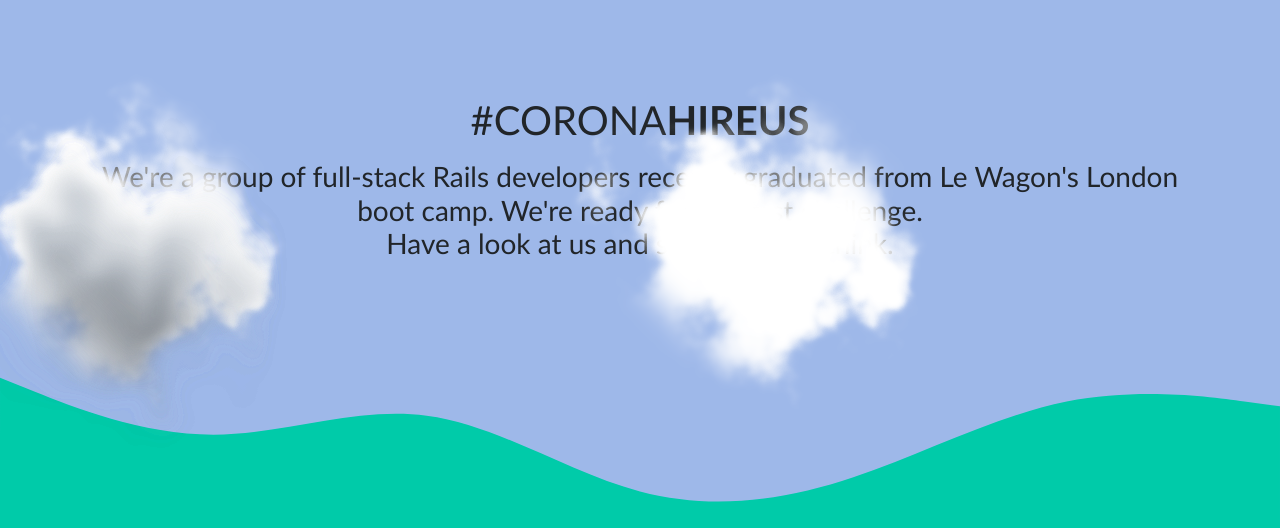
Repository: rahulkeerthi/coronahireus
Page: index.html
These files come from the project's save history. The page is drawn as it stood at one moment and after a run of saves; the edit follows.
The browser window is 1280 px wide. The pictures show the part of the page from y = 0 to 528 px (the page is 1328 px tall).
A picture or video elsewhere on the page could not be fetched, so the positions and the page height are approximate. Some web libraries are served in a nearby version.

Above is the page before, as saved 2020-03-28 01:52:57.

### index.html
<!DOCTYPE html>
<html lang="en">
<head>
    <meta charset="UTF-8">
    <meta name="viewport" content="width=device-width, initial-scale=1.0">
    <meta http-equiv="X-UA-Compatible" content="IE=edge">
    <title>Corona-Hire-Us</title>
    <link rel="stylesheet" href="style.css">
    <script src="main.js" defer></script>
    <link rel="shortcut icon" href="data:[embedded picture, 18 characters]" type="image/x-icon">
    <link rel="stylesheet" href="https://use.fontawesome.com/releases/v5.0.10/css/all.css">
    <link rel="stylesheet" href="https://stackpath.bootstrapcdn.com/bootstrap/4.3.1/css/bootstrap.min.css">
  </head>
<body>
    <div>
        <div class="wrapper">
            <div class="body-cloud" id="cloud1">
                <div class="cloud cloud-back" style="left: -25vw"></div>
                <div class="cloud cloud-mid" style="left: -25vw"></div>
                <div class="cloud cloud-front" style="left: -25vw"></div>
                <!--   77, 327,109, 841, 2319, 5032, 1094, 892, 6739, 512, 84 -->
                <svg width="0" height="0">
                <!--Top Layer-->
                    <filter id="filter-back">
                    <feTurbulence type="fractalNoise" baseFrequency="0.012" numOctaves="4" seed="0" />
                    <feDisplacementMap  in="SourceGraphic" scale="170" />
                    </filter>
                    <filter id="filter-mid">
                        <feTurbulence type="fractalNoise"  baseFrequency="0.012" numOctaves="2" seed="0"/>
                    <feDisplacementMap  in="SourceGraphic" scale="150" />
                    </filter>
                    <filter id="filter-front">
                        <feTurbulence type="fractalNoise" baseFrequency="0.012" numOctaves="2" seed="0"/>
                    <feDisplacementMap  in="SourceGraphic" scale="100" />
                    </filter>
                </svg>
            </div>
            <div class="body-cloud" id="cloud2">
                <div class="cloud cloud-back" style="left: 25vw"></div>
                <div class="cloud cloud-mid"></div>
                <div class="cloud cloud-front"></div>
                <!--   77, 327,109, 841, 2319, 5032, 1094, 892, 6739, 512, 84 -->
                <svg width="0" height="0">
                <!--Top Layer-->
                    <filter id="filter-back">
                    <feTurbulence type="fractalNoise" baseFrequency="0.012" numOctaves="4" seed="0" />
                    <feDisplacementMap  in="SourceGraphic" scale="170" />
                    </filter>
                    <filter id="filter-mid">
                        <feTurbulence type="fractalNoise"  baseFrequency="0.012" numOctaves="2" seed="0"/>
                    <feDisplacementMap  in="SourceGraphic" scale="150" />
                    </filter>
                    <filter id="filter-front">
                        <feTurbulence type="fractalNoise" baseFrequency="0.012" numOctaves="2" seed="0"/>
                    <feDisplacementMap  in="SourceGraphic" scale="100" />
                    </filter>
                </svg>
            </div>
            <div class="sky text-center">
                <h1 class="pt-5">#CORONA<strong>HIREUS</strong></h1>
                <h3 class="container py-2">We're a group of full-stack Rails developers recently graduated from Le Wagon's London boot camp. We're ready for our first challenge. <br>Have a look at us and see what you think.</h3>
            </div>
            <div class="hills">
                <svg xmlns="http://www.w3.org/2000/svg" viewBox="0 0 1440 320"><path fill="#00cba9" fill-opacity="1" d="M0,128L40,144C80,160,160,192,240,192C320,192,400,160,480,170.7C560,181,640,235,720,256C800,277,880,267,960,240C1040,213,1120,171,1200,154.7C1280,139,1360,149,1400,154.7L1440,160L1440,320L1400,320C1360,320,1280,320,1200,320C1120,320,1040,320,960,320C880,320,800,320,720,320C640,320,560,320,480,320C400,320,320,320,240,320C160,320,80,320,40,320L0,320Z"></path></svg>
            </div>
            <div class="field">
                <div class="container pt-5" id="card-container">
                    <div class="card-profile invisible">
                        <img src="https://kitt.lewagon.com/placeholder/users/rahulkeerthi" />
                        <div class="card-profile-infos">
                          <h2>Rahul Keerthi</h2>
                          <p>Interest in <strong>full-stack, front-end and back-end</strong>. TMT strategy consultant background.</p>
                          <p>Currently learning React.</p>
                        </div>
                        <div class="card-links">
                            <a href="https://twitter.com/diegegenpress" target="_blank"><i class="fab fa-twitter"></i></a>
                            <a href="https://github.com/rahulkeerthi/" target="_blank"><i class="fab fa-github"></i></a>
                            <a href="https://www.linkedin.com/in/rahulkeerthi" target="_blank"><i class="fab fa-linkedin"></i></a>
                        </div>
                    </div>
                    <div class="card-profile invisible">
                        <img src="https://kitt.lewagon.com/placeholder/users/domferris" />
                        <div class="card-profile-infos">
                          <h2>Dom Ferris</h2>
                          <p>Interest in <strong>full-stack and front-end</strong>. Visual arts background.</p>
                          <p>Currently working an MVP.</p>
                        </div>
                        <div class="card-links">
                            <a href="https://twitter.com/CoronaHire" target="_blank"><i class="fab fa-twitter"></i></a>
                            <a href="https://github.com/rahulkeerthi/coronahireus" target="_blank"><i class="fab fa-github"></i></a>
                            <a href="#" target="_blank"><i class="fab fa-linkedin"></i></a>
                        </div>
                    </div>
                    <div class="card-profile invisible">
                        <img src="https://kitt.lewagon.com/placeholder/users/magdacembor" />
                        <div class="card-profile-infos">
                          <h2>Magda Cembor</h2>
                          <p>Interest in <strong>full-stack, front-end and back-end</strong>. Visual arts background.</p>
                          <p>Currently learning node.js and React.</p>
                        </div>
                        <div class="card-links">
                            <a href="https://twitter.com/CoronaHire" target="_blank"><i class="fab fa-twitter"></i></a>
                            <a href="https://github.com/rahulkeerthi/coronahireus" target="_blank"><i class="fab fa-github"></i></a>
                            <a href="#" target="_blank"><i class="fab fa-linkedin"></i></a>
                        </div>
                    </div>
                    <div class="card-profile invisible">
                        <img src="https://kitt.lewagon.com/placeholder/users/katsuu" />
                        <div class="card-profile-infos">
                          <h2>Katrina Au</h2>
                          <p>Interest in <strong>full-stack and front-end</strong>. Product owner background.</p>
                          <p>Currently working on an MVP.</p>
                        </div>
                        <div class="card-links">
                            <a href="https://twitter.com/CoronaHire" target="_blank"><i class="fab fa-twitter"></i></a>
                            <a href="https://github.com/rahulkeerthi/coronahireus" target="_blank"><i class="fab fa-github"></i></a>
                            <a href="#" target="_blank"><i class="fab fa-linkedin"></i></a>
                        </div>
                    </div>
                </div>
            </div>
        </div>
    </div>
    <div class="footer">
        <div class="footer-links">
            <a href="https://twitter.com/CoronaHire"><i class="fab fa-twitter"></i></a>
            <a href="https://github.com/rahulkeerthi/coronahireus"><i class="fab fa-github"></i></a>
            <a href="#"><i class="fab fa-linkedin"></i></a>
        </div>
        <div class="footer-copyright">
          Made with <i class="fas fa-heart"></i> by Rahul Keerthi (Le Wagon #361)
        </div>
      </div>
</body>
</html>

### style.css
body p {
    font-family: 'Lucida Sans', 'Lucida Sans Regular', 'Lucida Grande', 'Lucida Sans Unicode', Geneva, Verdana, sans-serif;
}

body h1 {
    font-family: 'Gill Sans', 'Gill Sans MT', Calibri, 'Trebuchet MS', sans-serif;
}

body h3 {
    font-family: 'Gill Sans', 'Gill Sans MT', Calibri, 'Trebuchet MS', sans-serif;
}

/* PAGE STRUCTURE */

.wrapper {
    /* position: relative; */
}

.sky {
    background-color: #9eb8e9;
    height: 30vh;
}

.sky h1 {
    z-index: 100;
}

.sky h3 {
    z-index: 100;
}

.hills {
    background-color: #9eb8e9;
}

.field {
    background-color: #00cba9;
    min-height: 100vh;
}

/* PROFILE CARDS */

#card-container {
    display: grid;
    grid-template-columns: 1fr 1fr;
    column-gap: 1rem;
    row-gap: 1rem;
}

.card-profile {
    overflow: hidden;
    height: 160px;
    background: white;
    box-shadow: 2px 2px 15px rgba(0,0,0,0.4);
    display: flex;
    justify-content: space-between;
    align-items: center;
    transition: all 1s ease;
  }

  .card-profile img {
    height: 100%;
    width: 120px;
    object-fit: cover;
  }

  .card-profile h2 {
    font-size: 16px;
    font-weight: bold;
    margin: 0;
  }

  .card-profile p {
    font-size: 12px;
    line-height: 1.4;
    opacity: .7;
    margin-bottom: 0;
    margin-top: 8px;
  }

  .card-profile .card-profile-infos {
    padding: 0 1rem;
  }

  .card-links {
    width: 20%;
    align-items: center;
    padding: 0 1rem;
  }
  .card-links a {
    color: black;
    opacity: 0.15;
    text-decoration: none;
    font-size: 1.5rem;
    padding: 0 0.5rem;
  }
  .card-links a:hover {
    color: #016151;
    opacity: 1;
  }

  .invisible {
      opacity: 0;
  }

/* FOOTER, BASED ON LE WAGON UI KIT */

.footer {
    background: #F4F4F4;
    display: flex;
    align-items: center;
    justify-content: space-between;
    height: 60px;
    padding: 0px 50px;
    color: rgba(0,0,0,0.3);
  }
  .footer-links {
    display: flex;
    align-items: center;
  }
  .footer-links a {
    color: black;
    opacity: 0.15;
    text-decoration: none;
    font-size: 24px;
    padding: 0px 10px;
  }
  .footer-links a:hover {
    color: #016151;
    opacity: 1;
  }

  .footer .fa-heart {
    color: #D23333;
  }

  /* CLOUD */

.body-cloud {
  /* width: 100vw;
  height: 100vh;
  background: linear-gradient(165deg, #527785 0%, #527785 100%); */
/*   background: linear-gradient(165deg, #527785 0%, #527785 100%); */
  /* padding: 1%; */
  background-color: #9eb8e9;
  overflow: hidden;
}

.cloud {
  width: 300px;
  height: 250px;
  border-radius: 50%;
  position: absolute;
  top: -25vh;
  left: -25vw;
}

.cloud-back {
  filter: url(#filter-back);
  box-shadow: 300px 300px 30px -20px #fff;
}

.cloud-mid {
  filter: url(#filter-mid);
  box-shadow: 300px 340px 70px -60px rgba(158, 168, 179, 0.5);
    left: -25vw;
}

.cloud-front {
  filter: url(#filter-front);
  box-shadow: 300px 370px 60px -100px rgba(0, 0, 0, 0.3);
    left: -25vw;
}

### main.js
const removeInvisible = () => {
    const y = window.scrollY;
    const cards = document.querySelectorAll('.card-profile')
    // console.log(window.scrollY);
    if (y >= 150) {
        cards.forEach((card) => {
            card.classList.remove('invisible');
        })
    };
};

window.addEventListener('scroll', removeInvisible);

const moveCloud = () => {
    const clouds = document.querySelectorAll('.cloud')
    let leftPosition = 0;
    leftPosition = leftPosition + 1;
    clouds.forEach((cloud) => {
        console.log(cloud);
        // cloud.css("left", leftPosition + "vw");
    })
}

setInterval(moveCloud, 2000);


// $(document).ready(function(){
//     var bgPosition = 0;
//     function drift(){
//       bgPosition = bgPosition - 1;
//       $("#cloud1").css("background-position", bgPosition + "px");
//    $("#cloud2").css("background-position", bgPosition + "px")
//     };
//   });

After the next 2 saves:
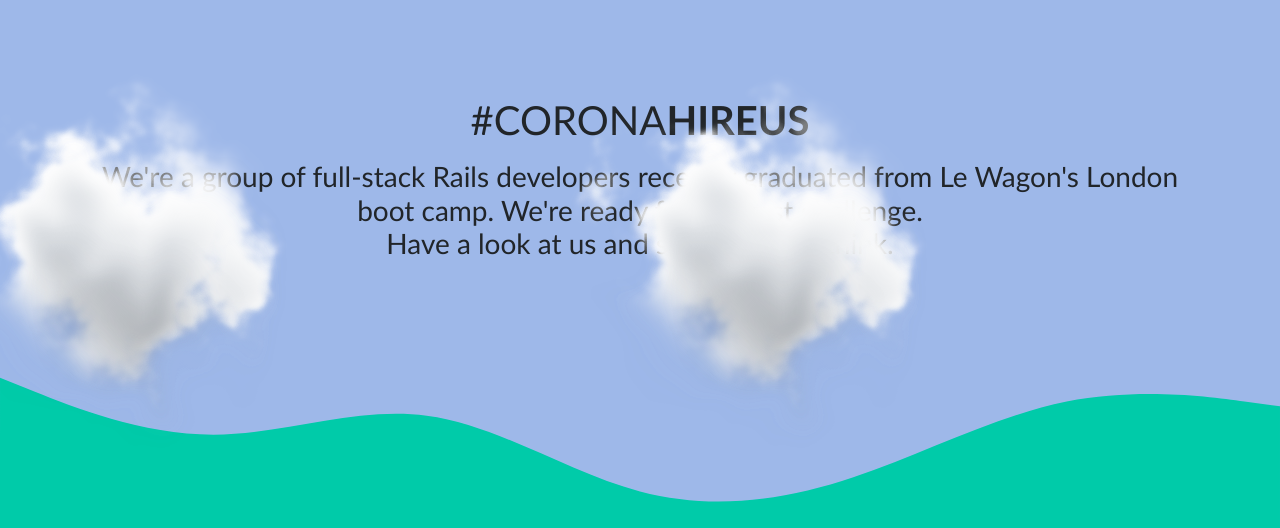
The 2 saves are shown as one change because they came seconds apart.
The last was saved 8 s later.
--- a/index.html
+++ b/index.html
@@ -37,8 +37,8 @@
             </div>
             <div class="body-cloud" id="cloud2">
                 <div class="cloud cloud-back" style="left: 25vw"></div>
-                <div class="cloud cloud-mid"></div>
-                <div class="cloud cloud-front"></div>
+                <div class="cloud cloud-mid" style="left: 25vw"></div>
+                <div class="cloud cloud-front" style="left: 25vw"></div>
                 <!--   77, 327,109, 841, 2319, 5032, 1094, 892, 6739, 512, 84 -->
                 <svg width="0" height="0">
                 <!--Top Layer-->
